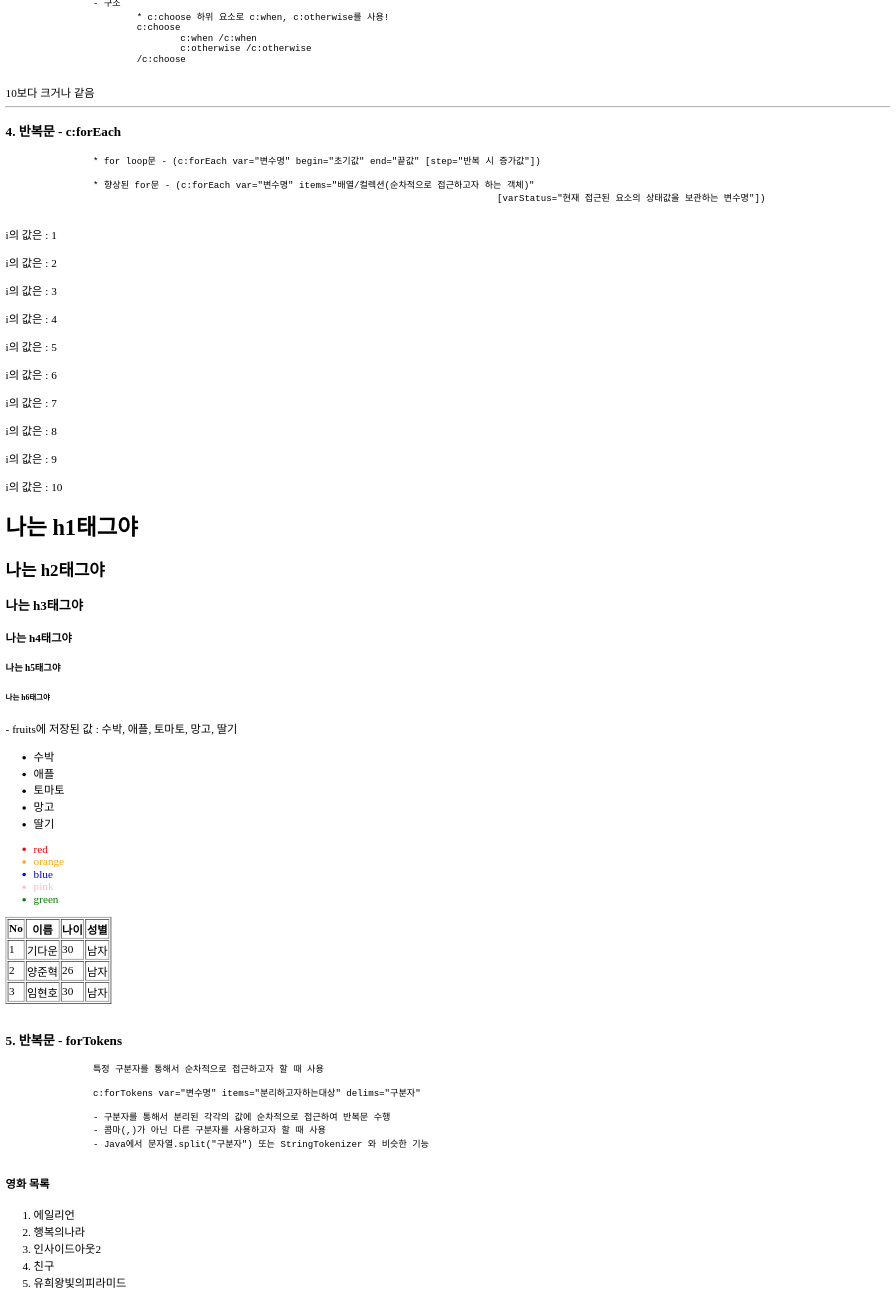
Repository: Developer-Choi-Jae-Young/ServletPractice
Page: http://localhost/3_elAction/views/3_Custom_Action/01_core.jsp
An editor plug-in stored every save of this project. The page is shown before and after the next save, followed by the edit.
The browser window is 1280 px wide. The pictures show the part of the page from y = 1067 to 2987 px (the page is 2926 px tall before and 2987 px after), at 70% of full size.
The page is served by Tomcat 9.

Above is the page before, as saved 2024-08-27 06:31:45.

After the next save:
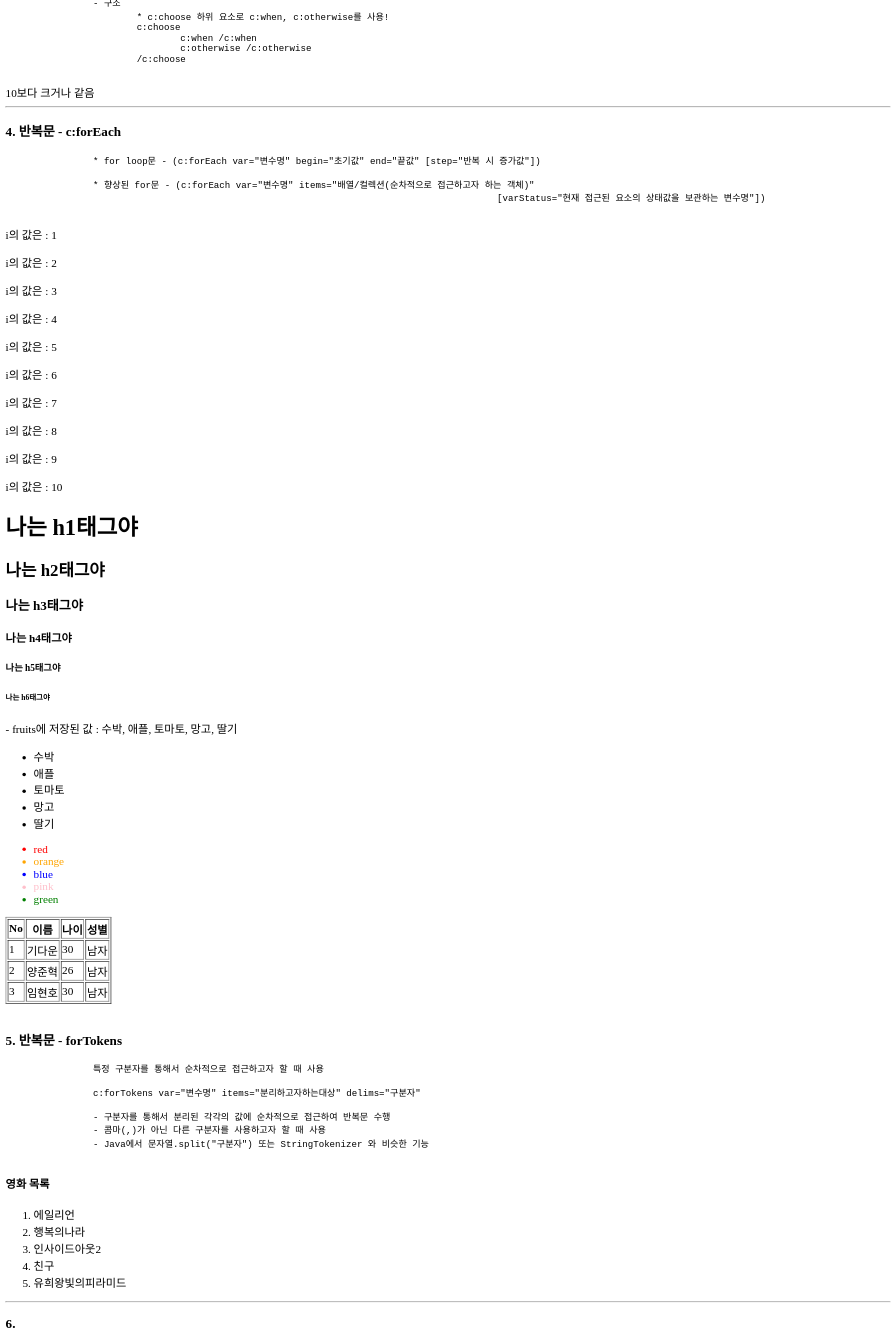
Saved 103 s later.
--- a/3_elAction/src/main/webapp/views/3_Custom_Action/01_core.jsp
+++ b/3_elAction/src/main/webapp/views/3_Custom_Action/01_core.jsp
@@ -268,5 +268,9 @@
 	 		<li>${ m }</li>
 	 	</c:forTokens>
 	 </ol>
+
+	 <hr>
+
+	 <h3>6. </h3>
 </body>
 </html>
